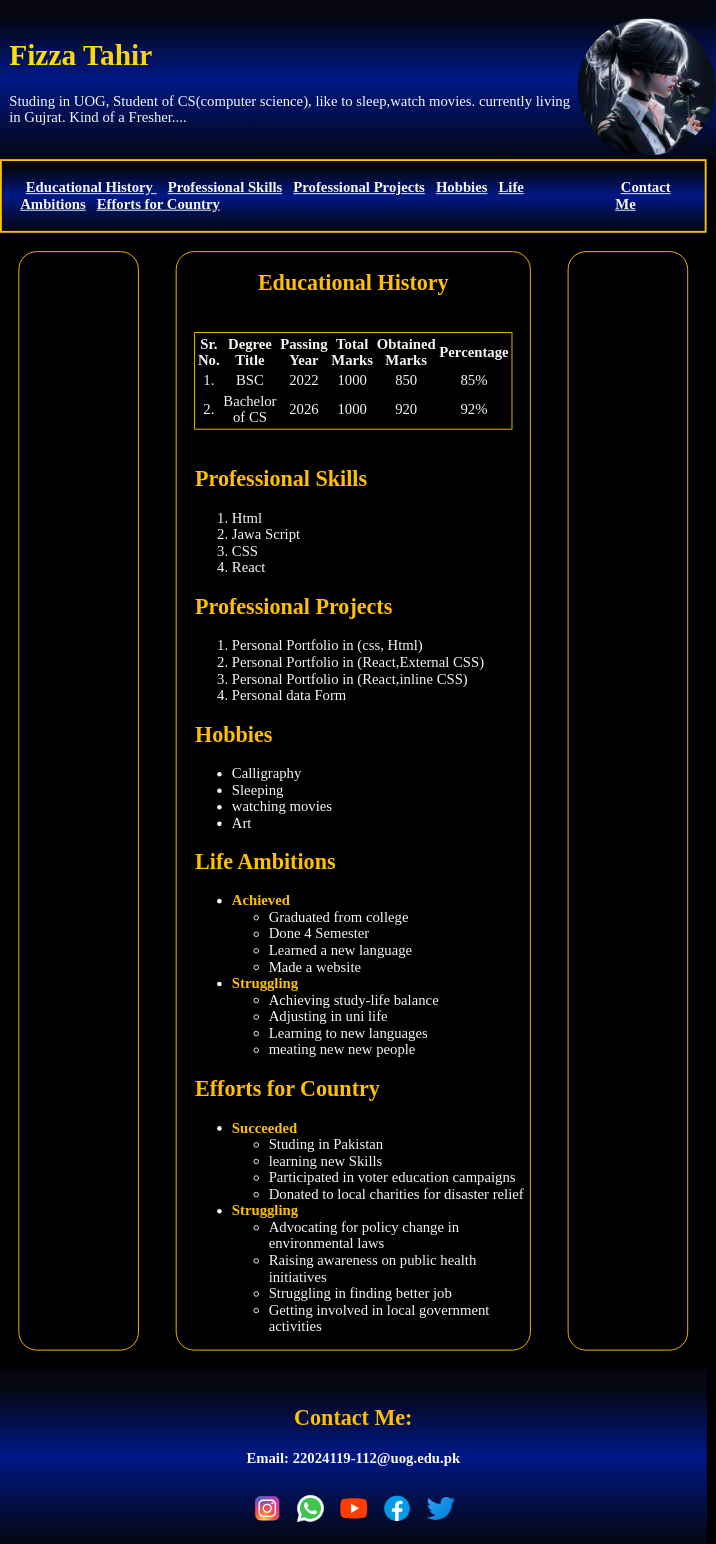
Repository: Fizza-112/project
Page: /
These files come from the project's save history. The page is drawn as it stood at one moment and after a run of saves; the edit follows.
The browser window is 768 px wide. The page is 778 px wide, so the pictures cover 778 px, including what lies to the right of the window. The pictures show the whole page, at 92% of full size.
The project was rebuilt for these pictures with package versions that can differ from the ones it lists, and the page was loaded fresh each time. Also part of the build but not shown: vite.config.ts.

Above is the page before, as saved 2024-09-18 13:25:02.

After the next 4 saves:
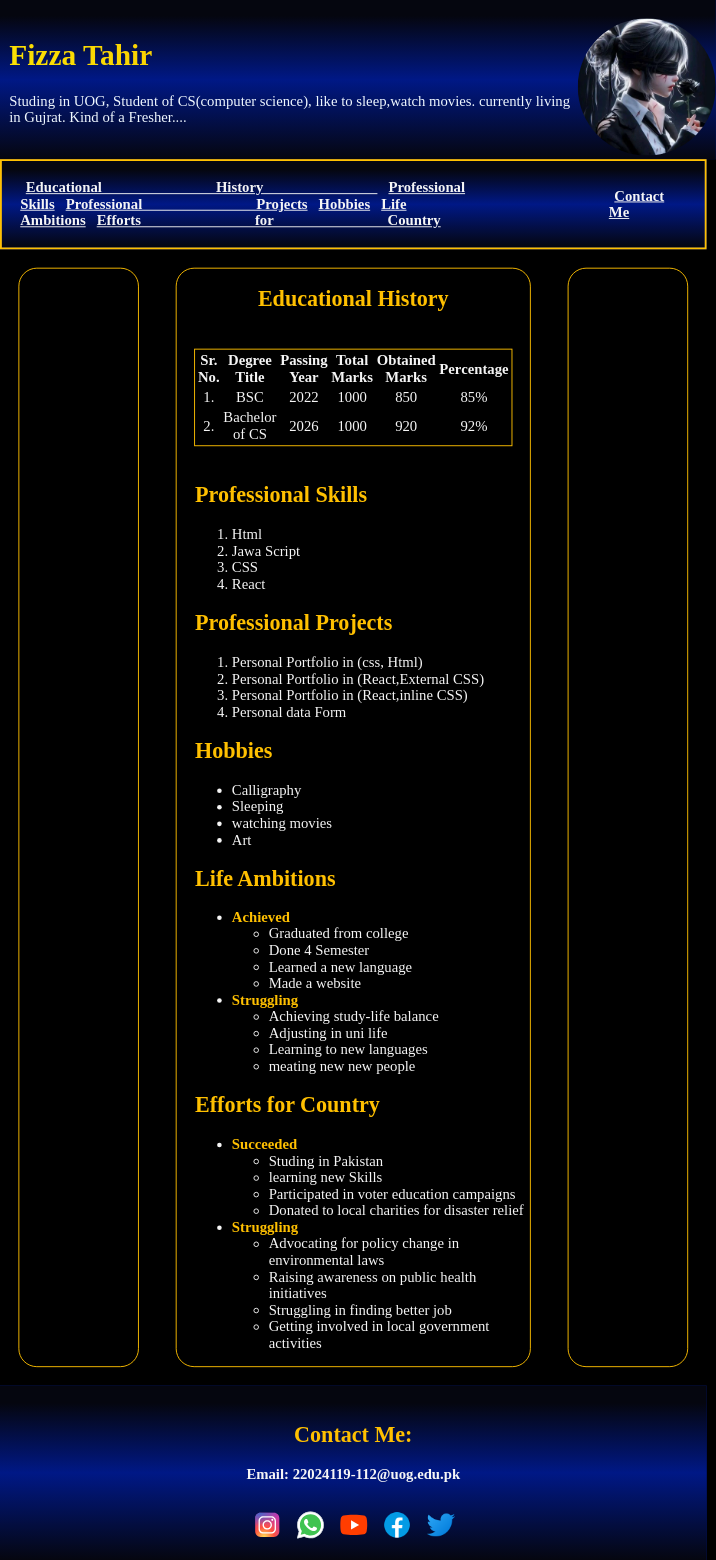
The 4 saves are shown as one change because they came seconds apart.
The last was saved 16 s later.
--- a/src/App.css
+++ b/src/App.css
@@ -79,7 +79,7 @@ padding-left: 10px;
    /* background-color: #001886;
    background-image: linear-gradient(43deg, #001886 0%, #05060f 46%, #001886  100%);  */
   border: 2px solid #ffc000;
-  word-spacing: ;
+  word-spacing: 120px !important;
 }
 }
 .div{
